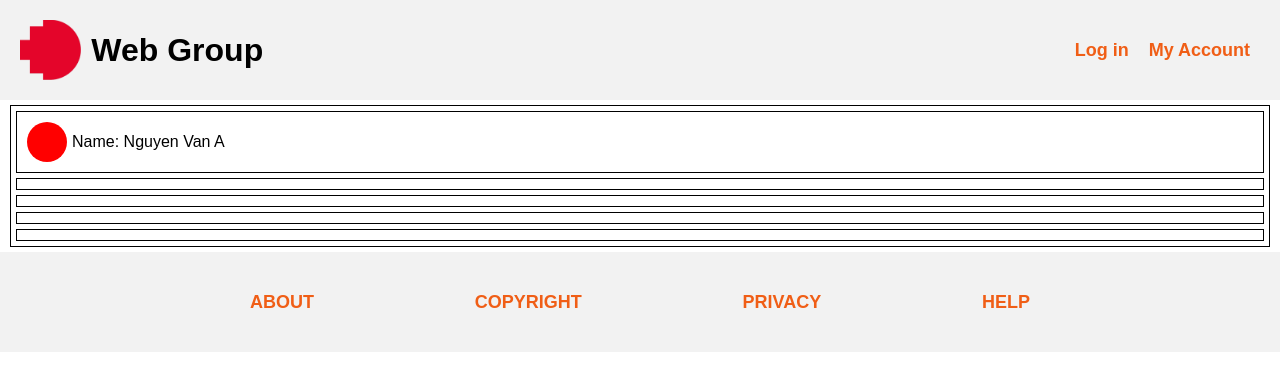
Repository: quynguyn/shoopingweb
Page: shipper.html
An editor plug-in stored every save of this project. The page is shown before and after the next save, followed by the edit.
The browser window is 1280 px wide. The pictures show the whole page.

Above is the page before, as saved 2023-05-04 15:06:20.

### shipper.html
<!DOCTYPE html>
<html lang="en">

<head>
	<meta charset="UTF-8">
	<meta http-equiv="X-UA-Compatible" content="IE=edge">
	<meta name="viewport" content="width=device-width, initial-scale=1.0">
	<title>Shipper</title>
	<link rel="stylesheet" href="Asset/CSS/style.css">
	<link rel="stylesheet" href="Asset/CSS/shipper.css">
</head>

<body>
	<!-- Header of the page -->
	<header>
		<div class="logo">
			<img src="logo.png" alt="Web Group Logo">
			<h1>Web Group</h1>
		</div>
		<nav>
			<ul>
				<li><a href="#">Log in</a></li>
				<li><a href="#">My Account</a></li>
			</ul>
		</nav>
	</header>
	<div class="main-container">
		<div class="orders-container">
			<div class="order">
				<div class="activity">
					<svg height="50" width="50">
						<circle cx="25" cy="25" r="20" fill="red" />
					</svg>
				</div>

				<div class="information-container">
					<div class="information">
						<pre>Name: </pre>
						<p class="name">Nguyen Van A</p>
					</div>
				</div>
			</div>
			<div class="order">

			</div>
			<div class="order">

			</div>
			<div class="order">

			</div>
			<div class="order">

			</div>
		</div>
	</div>
	<!-- Footer of the page -->
	<footer>
		<div class="footer-links">
			<a href="#">About</a>
			<a href="#">Copyright</a>
			<a href="#">Privacy</a>
			<a href="#">Help</a>
		</div>
	</footer>

</body>

</html>

### Asset/CSS/style.css
/* Reset CSS */
:root {
    --main-color: #F58216;
    --primary-color: #ffb347;
    --secondary-color: #f05e16;
    --white-color: #f2f2f2;
    /* change the name */
}

/* Reset CSS  */
* {
    padding: 0;
    margin: 0;
    box-sizing: border-box;
    text-decoration: none;
    font-family: Arial, Helvetica, sans-serif;
}

/* Header CSS */
header {
    height: 100px;
    background-color:var(--white-color);
    display: flex;
    justify-content: space-between;
    align-items: center;
    padding: 0 20px;
  }

  .logo {
    display: flex;
    align-items: center;
  }

  .logo img {
    height: 60px;
    margin-right: 10px;
  }

  nav ul {
    display: flex;
    list-style: none;
    margin: 0;
    padding: 0;


  }

  nav ul li {
    margin: 0 10px;
  }

  nav ul li a {
    text-decoration: none;
    font-size: 18px;
    font-weight: bold;
    color: var(--secondary-color);
  }

  /* Footer css */
  footer {
    height: 100px;
    background-color: var(--white-color);
    display: flex;
    justify-content: center;
    align-items: center;
    color: var(--white-color);
  }

  footer div {
    display: flex;
    justify-content: space-between;
    width: 80%;
    max-width: 800px;
  }

  footer div a {
    color: var(--secondary-color);
    text-decoration: none;
    margin: 0 10px;
    text-transform: uppercase;
    font-weight: bold;
    font-size: large;
  }

### Asset/CSS/shipper.css
.main-container {
	margin: 5px;
}

.orders-container {
	margin: 5px;
	border: 1px solid black;
}

.order {
	margin: 5px;
	border: 1px solid black;
	padding: 5px;
	display: flex;
	flex-direction: row;
	align-items: center;
}

.activity {
	width: 50px;
	height: 50px;
}

.information {
	display: flex;
	flex-direction: row;
	align-items: center;
}

After the next save:
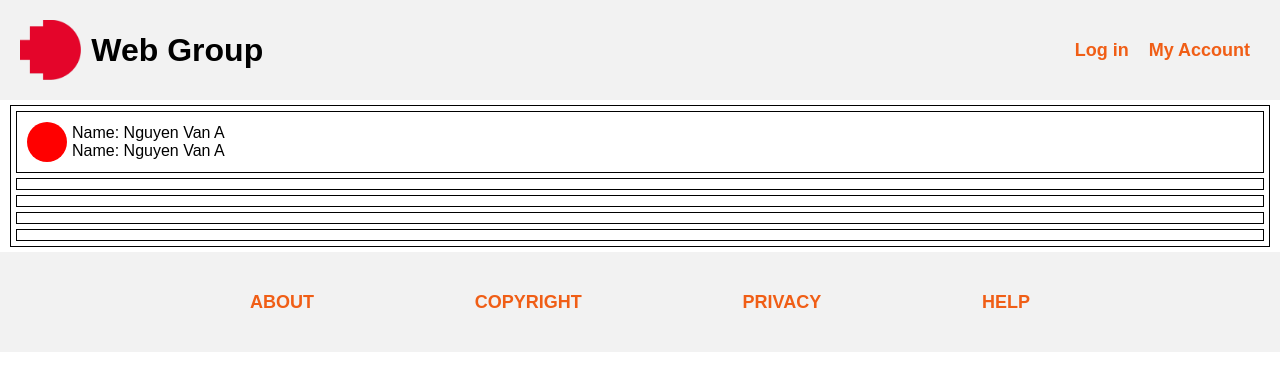
Saved 91 s later.
--- a/shipper.html
+++ b/shipper.html
@@ -38,6 +38,11 @@
 						<pre>Name: </pre>
 						<p class="name">Nguyen Van A</p>
 					</div>
+
+					<div class="information">
+						<pre>Name: </pre>
+						<p class="name">Nguyen Van A</p>
+					</div>
 				</div>
 			</div>
 			<div class="order">
